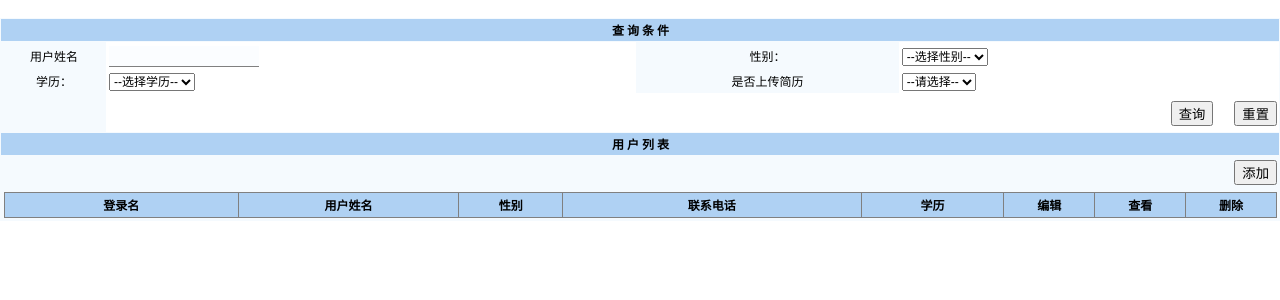
Repository: hermione-20/MyGitProjectRemote
Page: http://localhost/day28_01struts2final/user/list.jsp?userID=15
An editor plug-in stored every save of this project. The page is shown before and after the next save, followed by the edit.
The browser window is 1280 px wide. The pictures show the whole page.
The page is served by Tomcat 9.

Above is the page before, as saved 2020-05-15 08:51:34.

After the next save:
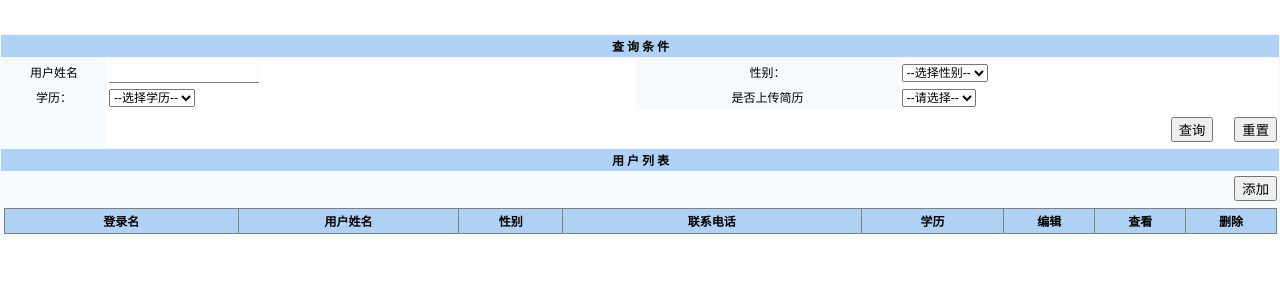
Saved 2 min 59 s later.
--- a/day28_01struts2final/WebContent/user/list.jsp
+++ b/day28_01struts2final/WebContent/user/list.jsp
@@ -14,6 +14,7 @@
 	</HEAD>
 	<body>
 		<br>
+		<s:form action="findUserByCondition" namespace="/user"></s:form>
 		<form id="Form1" name="Form1" action="${pageContext.request.contextPath}/user/list.jsp" method="post">
 			<table cellSpacing="1" cellPadding="0" width="100%" align="center" bgColor="#f5fafe" border="0">
 				<TBODY>

After the save that followed:
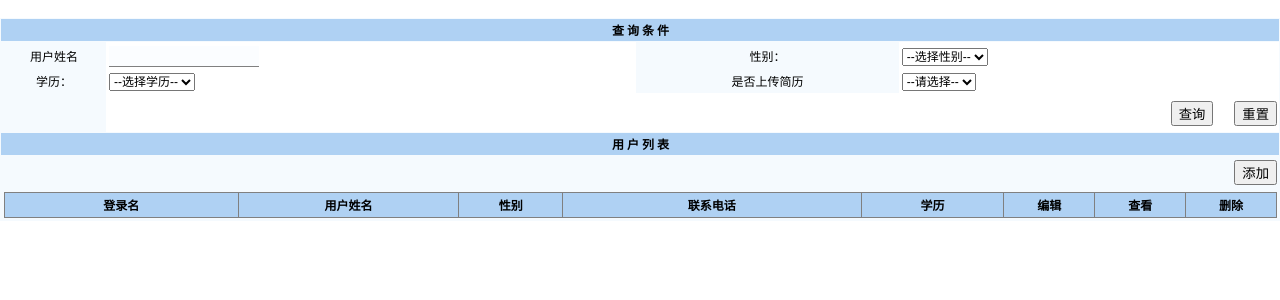
Saved 19 s later.
--- a/day28_01struts2final/WebContent/user/list.jsp
+++ b/day28_01struts2final/WebContent/user/list.jsp
@@ -14,8 +14,7 @@
 	</HEAD>
 	<body>
 		<br>
-		<s:form action="findUserByCondition" namespace="/user"></s:form>
-		<form id="Form1" name="Form1" action="${pageContext.request.contextPath}/user/list.jsp" method="post">
+		<s:form action="findUserByCondition" namespace="/user">
 			<table cellSpacing="1" cellPadding="0" width="100%" align="center" bgColor="#f5fafe" border="0">
 				<TBODY>
 					<tr>
@@ -182,6 +181,6 @@
 					</tr>
 				</TBODY>
 			</table>
-		</form>
+		</s:form>
 	</body>
 </HTML>
